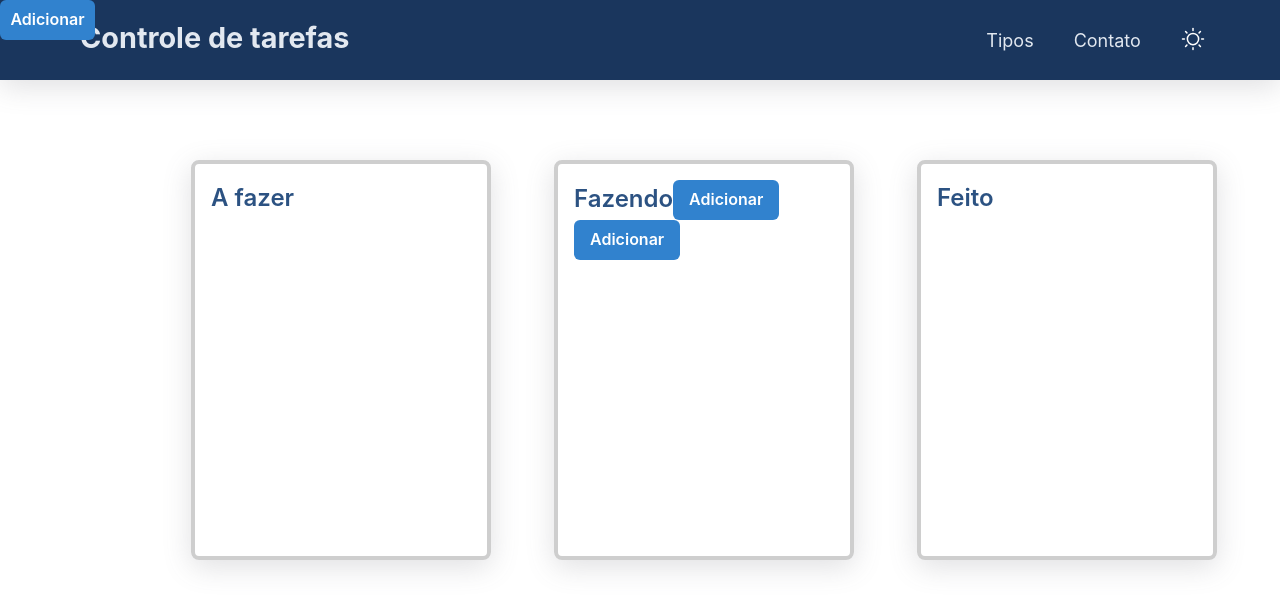
Repository: leosulzbach/Hackaton-Relampago
Page: /home (app in Front/)
These files come from the project's save history. The page is drawn as it stood at one moment and after the next save; the edit follows.
The browser window is 1280 px wide. The pictures show the whole page.
The page's requests for data from a server got no answer. The project was rebuilt for these pictures with package versions that can differ from the ones it lists, and the page was loaded fresh each time. No one was signed in, and anything a server would have sent is missing. Also part of the build but not shown: Front/vite.config.ts.

Above is the page before, as saved 2022-11-07 16:17:57.

After the next save:
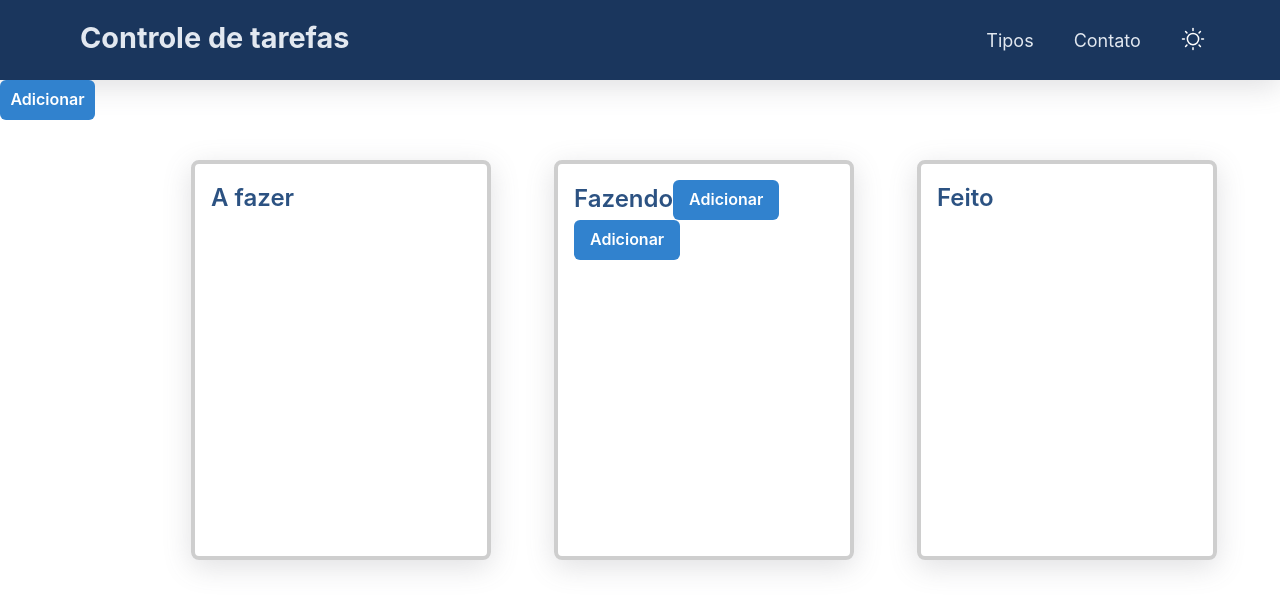
Saved 85 s later.
--- a/Front/src/Pages/home.tsx
+++ b/Front/src/Pages/home.tsx
@@ -45,7 +45,10 @@ export const Home = () => {
     return (
         <Flex>
             <Header />
-         <Button colorScheme='blue'>Adicionar</Button>
+         <Button
+          colorScheme='blue'
+          mt={"5rem"}
+          >Adicionar</Button>
 
             <Grid
                 templateColumns='repeat(3, 1fr)'
